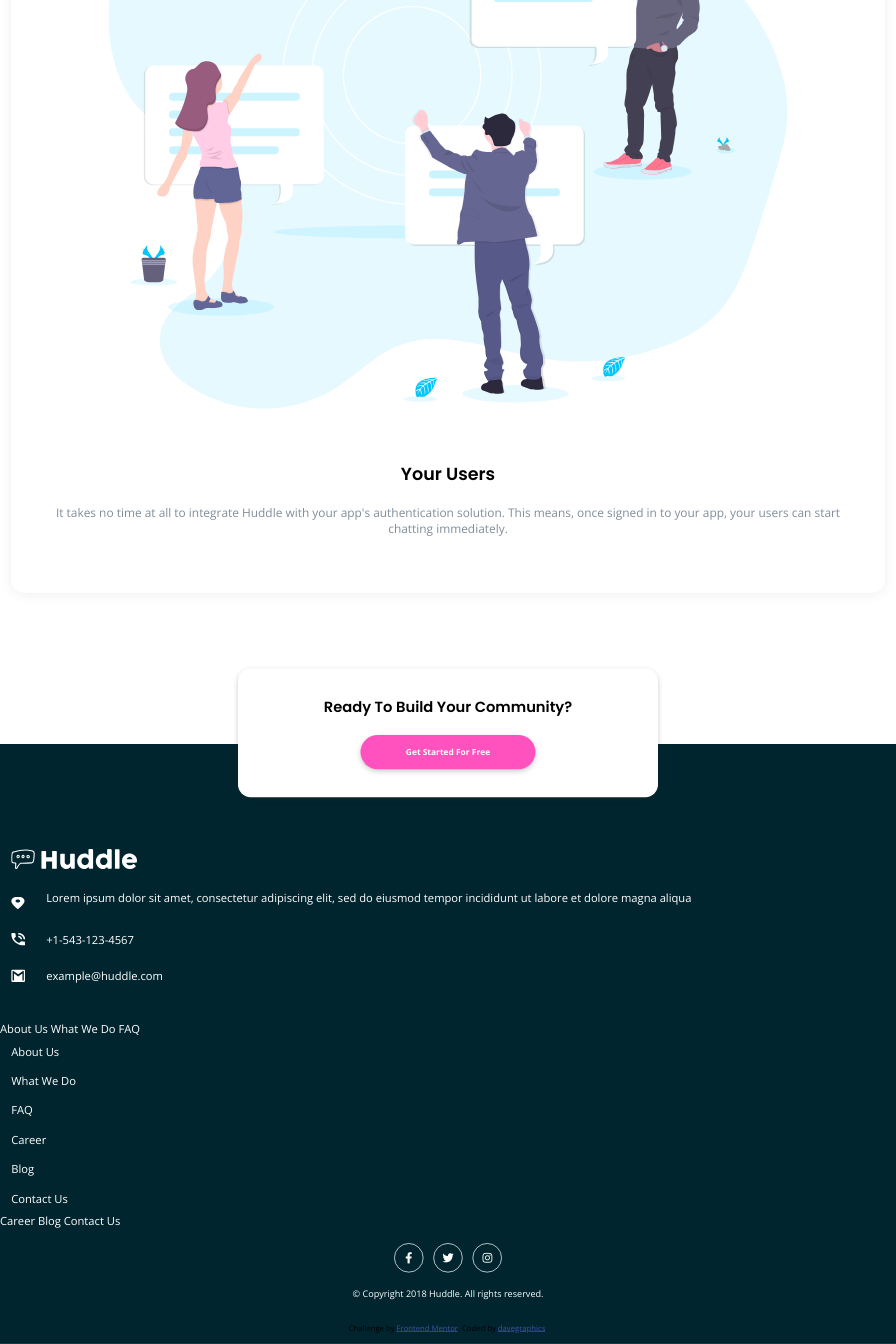
Repository: DejV44/Huddle-landing-page
Page: index.html
An editor plug-in stored every save of this project. The page is shown before and after the next save, followed by the edit.
The browser window is 1280 px wide. The pictures show the part of the page from y = 3797 to 5717 px (the page is 5717 px tall before and 5673 px after), at 70% of full size.
The style sheet was rebuilt from its Sass, Less or Tailwind sources for each picture, by a compiler version that may differ from the author's.

Above is the page before, as saved 2021-08-21 14:15:41.

### index.html
<!DOCTYPE html>
<html lang="en">
<head>
  <meta charset="UTF-8">
  <meta name="viewport" content="width=device-width, initial-scale=1.0"> <!-- displays site properly based on user's device -->
  <link rel="stylesheet" href="/css/style.css">
  <link rel="stylesheet" href="/fontawesome-free-5.15.3-web/css/all.css">
  <link rel="icon" type="image/png" sizes="32x32" href="./images/favicon-32x32.png">

  <title>Frontend Mentor | Huddle landing page with alternating feature blocks</title>

</head>
<body>
  <header>
    <div class="nav">
      <div class="logo">
        <img src="/images/logo.svg" alt="logo">
      </div>
      <a href="#">Try It Free</a>
    </div>
    <content class="main">
      <article class="building">
        <h1>Build The Community Your Fans Will Love</h1>
        <h3> Huddle re-imagines the way we build communities. You have a voice, but so does your audience.
        Create connections with your users as you engage in genuine discussion.</h3>
        <a class="main-btn" href="#">Get Started For Free</a>
      </article>
      <div class="img-main">
        <img class="img" src="/images/illustration-mockups.svg" alt="">
      </div>
    </content>

  </header>
  <section class="cards">
    <div class="card-one">
      <div class="img-cards">
        <img src="/images/illustration-grow-together.svg" alt="">
      </div>
      <content class="card">
        <h2>Grow Together</h2>
        <p>Generate meaningful discussions with your audience and build a strong, loyal community.
        Think of the insightful conversations you miss out on with a feedback form.</p>
      </content>
    </div>
    <div class="card-two">
      <div class="img-cards">
        <img src="/images/illustration-flowing-conversation.svg" alt="">
      </div>
      <content class="card">
        <h2>Flowing Conversations</h2>
        <p>You wouldn't paginate a conversation in real life, so why do it online? Our threads
        have just-in-time loading for a more natural flow.</p>
      </content>
    </div>
    <div class="card-three">
      <div class="img-cards">
        <img src="/images/illustration-your-users.svg" alt="">
      </div>
      <content class="card">
        <h2>Your Users</h2>
        <p>It takes no time at all to integrate Huddle with your app's authentication solution.
        This means, once signed in to your app, your users can start chatting immediately.</p>
      </content>
    </div>
    <container class="ready">
      <h2>Ready To Build Your Community?</h2>
      <a href="#">Get Started For Free</a>
    </container>
  </section>
  <footer>
    <container class="footer">
      <div class="section1">
        <img src="/images/logoWhite.svg" alt="logo">
        <div class="info">
          <img src="/images/icon-location.svg" alt="location">
          <p>Lorem ipsum dolor sit amet, consectetur adipiscing elit, sed do eiusmod tempor
          incididunt ut labore et dolore magna aliqua</p>
        </div>
        <div class="phone">
          <img src="/images/icon-phone.svg" alt="phone">
          <a href="tel:+1-543-123-4567">+1-543-123-4567</a>
        </div>
        <div class="mail">
          <img src="/images/icon-email.svg" alt="email">
          <a href="example@huddle.com">example@huddle.com</a>
        </div>
      </div>
      <div class="section2">
        <a href="#">About Us</a>
        <a href="#">What We Do</a>
        <a href="#">FAQ</a>
        <ul>
          <li><a href="#">About Us</a></li>
          <li><a href="#">What We Do</a></li>
          <li><a href="#">FAQ</a></li>
        </ul>
      </div>
      <div class="section3">
        <ul>
          <li><a href="#">Career</a></li>
          <li><a href="#">Blog</a></li>
          <li><a href="#">Contact Us</a></li>
        </ul>
        <a href="#">Career</a>
        <a href="#">Blog</a>
        <a href="#">Contact Us</a>
      </div>
      <div class="copyright">
        <div class="social">
          <span><i class="fab fa-facebook-f"></i></span>
          <span><i class="fab fa-twitter"></i></span>
          <span><i class="fab fa-instagram"></i></span>
        </div>
        <p>&copy; Copyright 2018 Huddle. All rights reserved.</p>
      </div>
    </container>
  </footer>
  <footer>
    <p class="attribution">
      Challenge by <a href="https://www.frontendmentor.io?ref=challenge" target="_blank">Frontend Mentor</a>.
      Coded by <a href="#">davegraphics</a>.
    </p>
  </footer>
</body>
</html>

### css/style.scss
* {
    margin: 0;
    padding: 0;
    //font-family: 'Poppins', sans-serif;
    -webkit-font-smoothing: antialiased;
}

body {
    font-family: 'Open Sans', sans-serif;
}

// ---FONTS---
@import url('https://fonts.googleapis.com/css2?family=Open+Sans:wght@400;700&display=swap');
@import url('https://fonts.googleapis.com/css2?family=Poppins:wght@600&display=swap');

@import "variables";
@import "mixin";

@import "cards";
@import "header";
@import "footer";

### css/_variables.scss
$Pink: hsl(322, 100%, 66%);
$VeryPaleCyan: hsl(193, 100%, 96%);
$VeryDarkCyan: hsl(192, 100%, 9%);
$GrayishBlue: hsl(208, 11%, 55%);

### css/_mixin.scss
@mixin cards {
    display: flex;
    flex-direction: column;
    margin: 3rem auto 1rem auto;
    text-align: center;
    box-shadow: rgba(0, 0, 0, 0.068) 0px 2px 18px;
    border-radius: 18px;
    align-items: center;



    .card {
        display: block;
        margin: auto 3rem;
        h2 {
            padding-bottom: 1.5rem;
            font-size: 25px;
            font-family: 'Poppins', sans-serif
        }
        p {
            display: block;
            font-size: 17px;
            color: $GrayishBlue;
            padding-bottom: 3rem;
            margin-bottom: 2rem;

        }
    }
    .img-cards {
        display: block;
        padding: 30px 50px;
        margin: auto;

            img {
                width: 90%;
                margin: 40px auto;
            }
    }
}

### css/_cards.scss
.cards {
    padding: 1rem;
    margin: 0 auto;
    box-sizing: border-box;


    .card-one, .card-two, .card-three {
        @include cards;
    }

    .ready {
        display: block;
        box-sizing: border-box;
        text-align: center;
        transform: translateY(50%);
        background-color: white;
        margin: 0 auto;
        padding: 1rem 1rem;
        box-shadow: rgba(39, 39, 39, 0.24) 0px 3px 8px;
        max-width: 600px;
        text-align: center;
        align-items: center;
        border-radius: 18px;
        h2 {
            font-size: 21px;
            font-family: 'Poppins', sans-serif;
            margin: 1.5rem auto;
        }

        a {
            display: block;
            text-decoration: none;
            font-weight: 600;
            font-size: 12px;
            margin: 1.5rem auto;
            padding: 1rem 0;
            max-width: 250px;
            border-radius: 30px;
            background: $Pink;
            color: white;
            box-shadow: rgba(39, 39, 39, 0.24) 0px 3px 8px;
        }
    }

}

### css/_header.scss
header {
    background: url(/images/bg-hero-mobile.svg);
    background-color: rgb(241, 241, 255);
    background-size: contain;
    background-position: center;
    background-repeat: no-repeat;
    text-align: center;

    .nav {
        display: flex;
        justify-content: space-between;
        padding: 2rem 1.6rem;


        img {
            width: 120px;
        }

        a {
            text-decoration: none;
            font-size: 13px;
            font-weight: 600;
            margin-top: -4px;
            padding: 0.3rem 1.7rem;
            background-color: white;
            border-radius: 25px;
            box-shadow: rgba(99, 99, 99, 0.24) 0px 3px 8px;
        }

    }
    .main {

        margin: 0 auto;

        .building {
            margin: 4rem 3rem 2rem 3rem;



            h1 {
                margin: 0 1rem;
                font-size: 28px;
                font-family: 'Poppins', sans-serif
            }

            h3 {
                font-weight: 400;
                font-size: 18px;
                margin: 1.5rem 0;
                line-height: 30px;
            }

            .main-btn {

                display: block;
                text-decoration: none;
                font-weight: 600;
                font-size: 12px;
                margin: 1.5rem auto;
                padding: 1rem 0;
                max-width: 280px;
                border-radius: 30px;
                background: $Pink;
                color: white;
                box-shadow: rgba(39, 39, 39, 0.24) 0px 3px 8px;
            }

        }
        .img-main {
            padding: 15px 50px;

            .img {
                width: 100%;
                margin-bottom: 40px;
            }
        }
    }


}

### css/_footer.scss
footer {
    background-color: $VeryDarkCyan;
     .section1 {
         padding: 150px 1rem 2rem 1rem;
         color: white;

         img {
             width: 180px;
             padding-bottom: 1.5rem;
         }

         .info, .phone, .mail {
             display: flex;
              img {
                  width: 20px;
                  height: 18px;
                  margin-right: 30px;
                  margin-top: 10px;
              }
              p {
                  cursor: pointer;
                  padding-bottom: 30px;
              }
              a {

                  text-decoration: none;
                  margin-top: 8px;
                  color: white;
              }
         }



    }

    .section2, .section3 {
        box-sizing: border-box;

        a {
            box-sizing: border-box;
            &:hover {
            border-bottom: 1px solid white;
            }
        }
        ul {
            list-style: none;
            color: white;
            margin-left: 1rem;
            li {
                padding: 10px 0;
                max-width: 150px;
                a {

                    &:hover {
                    border-bottom: 1px solid white;
                    }
                }
            }
        }


        a{
            display: contents;
            padding: 0.5rem 1rem;
            text-decoration: none;
            color: white;
        }
    }
    .copyright {
        text-align: center;
        .social {
            text-align: center;
            display: block;
            margin: 1rem auto;
            color: white;


            span {
                border: 1px solid white;
                border-radius: 50%;
                width: 40px;
                height: 40px;
                display: inline-flex;
                align-items: center;
                justify-content: center;
                cursor: pointer;
                margin: 5px;
                &:hover {
                    color: $Pink;
                    border: 1px solid $Pink;
                }


            }

            i {
                font-family: 'Font Awesome 5 Brands';
                display: inline-block;
                font-style: normal;
                font-variant: normal;
                text-rendering: auto;
                line-height: 1;
                padding: 12px;
                border-radius: 50%;
            }

        }
        p {
            font-size: 13px;
            color: white;
            padding-bottom: 1rem;
        }
    }
}





.attribution {
    font-size: 11px;
    text-align: center;
    padding: 1rem;
    a {
    color: hsl(228, 45%, 44%);
    }
}

Loaded but not shown: fontawesome-free-5.15.3-web/css/all.css (library)

After the next save:
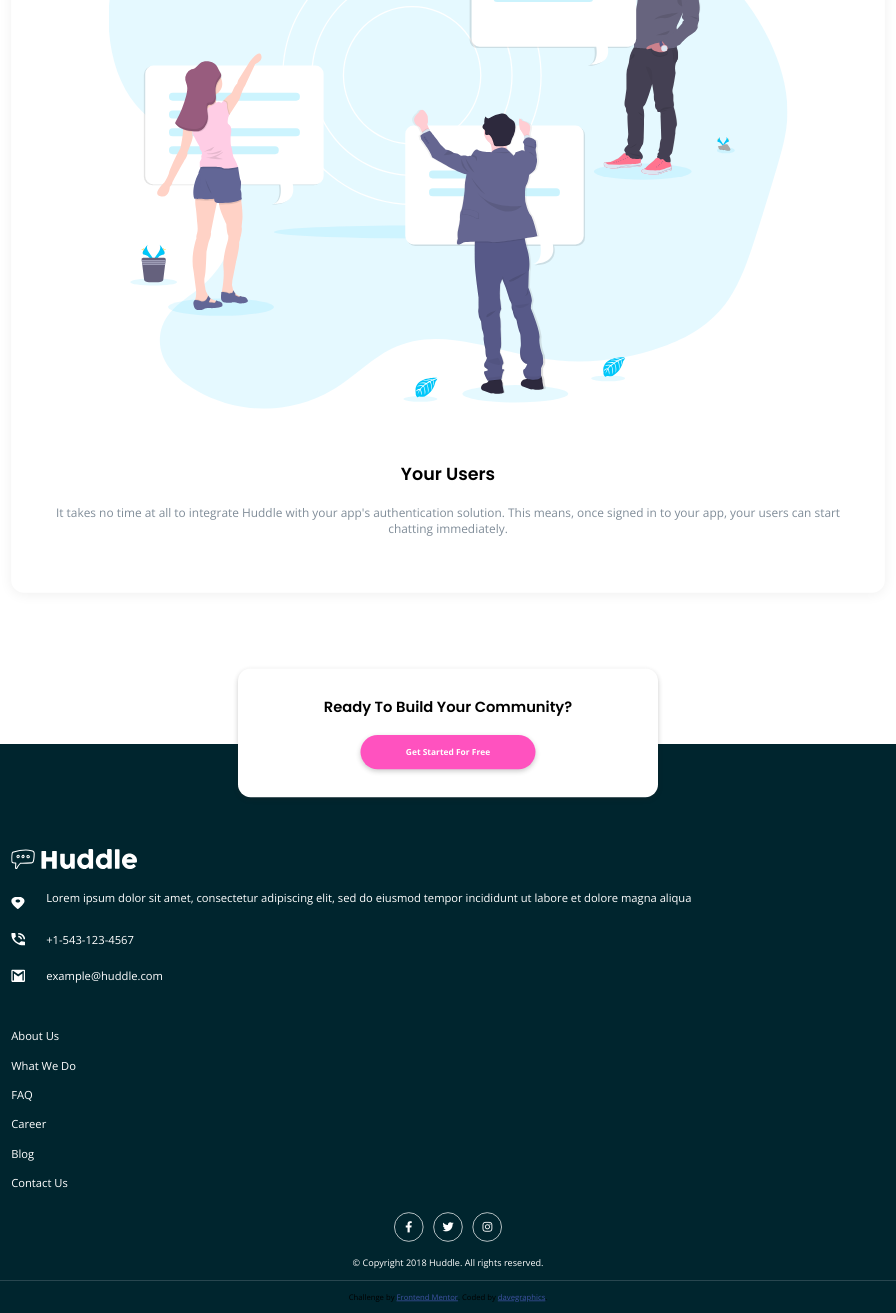
Saved 38 s later.
--- a/index.html
+++ b/index.html
@@ -86,9 +86,6 @@
         </div>
       </div>
       <div class="section2">
-        <a href="#">About Us</a>
-        <a href="#">What We Do</a>
-        <a href="#">FAQ</a>
         <ul>
           <li><a href="#">About Us</a></li>
           <li><a href="#">What We Do</a></li>
@@ -101,9 +98,6 @@
           <li><a href="#">Blog</a></li>
           <li><a href="#">Contact Us</a></li>
         </ul>
-        <a href="#">Career</a>
-        <a href="#">Blog</a>
-        <a href="#">Contact Us</a>
       </div>
       <div class="copyright">
         <div class="social">
